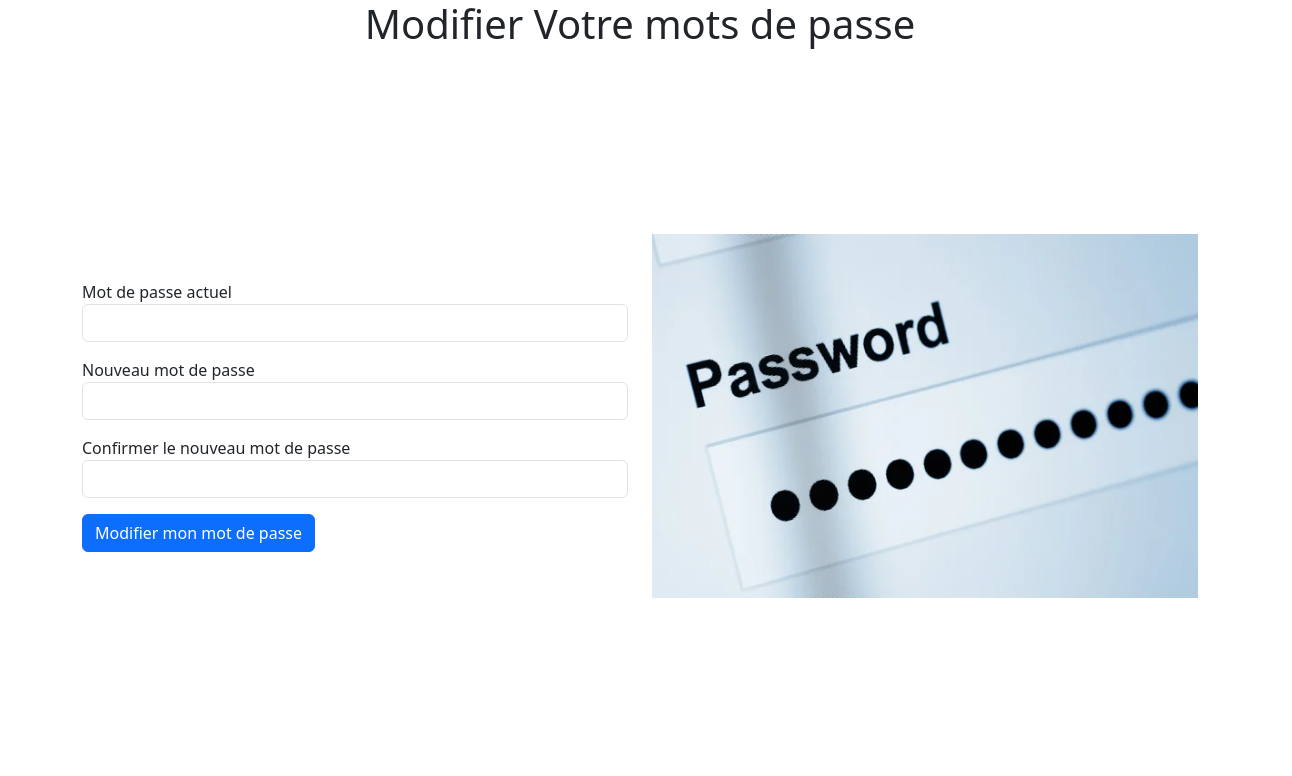
Repository: khadyba/GestionEtablissementScolaire
Page: resources/views/Professeurs/updatePassword.blade.php
These files come from the project's save history. The page is drawn as it stood at one moment and after the next save; the edit follows.
The browser window is 1280 px wide. The page is 1280 px wide, then 1292 px, then 1280 px, so the pictures cover 1292 px, including what lies to the right of the window. The pictures show the whole page.
The page is served by the project's Laravel application, run on PHP 8.4 with Laravel 9. The template is opened directly, without the code that normally fills it, so the values that code supplies are empty.

Above is the page before, as saved 2024-11-13 11:04:57.

After the next save:
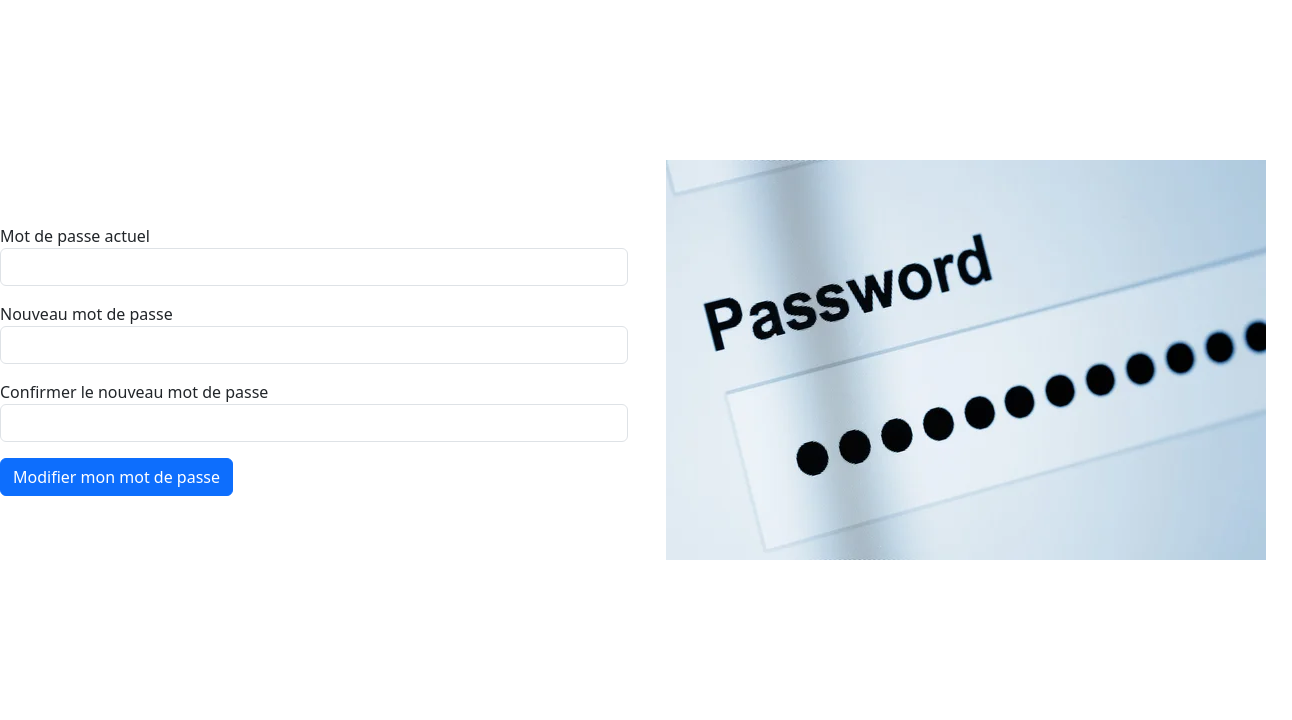
Saved 5 s later.
--- a/sunuEcole/resources/views/Professeurs/updatePassword.blade.php
+++ b/sunuEcole/resources/views/Professeurs/updatePassword.blade.php
@@ -8,12 +8,6 @@
 <link href="https://cdn.jsdelivr.net/npm/bootstrap@5.3.3/dist/css/bootstrap.min.css" rel="stylesheet" integrity="sha384-QWTKZyjpPEjISv5WaRU9OFeRpok6YctnYmDr5pNlyT2bRjXh0JMhjY6hW+ALEwIH" crossorigin="anonymous">
 </head>
 <body>
-
-
-<div class= "container ">
-
-        <h1 class="text-center ">Modifier Votre mots de passe </h1>
-
         <div class="row   d-flex align-items-center justify-content-center vh-100">
 
             <div class="col-md-6">

After the save that followed:
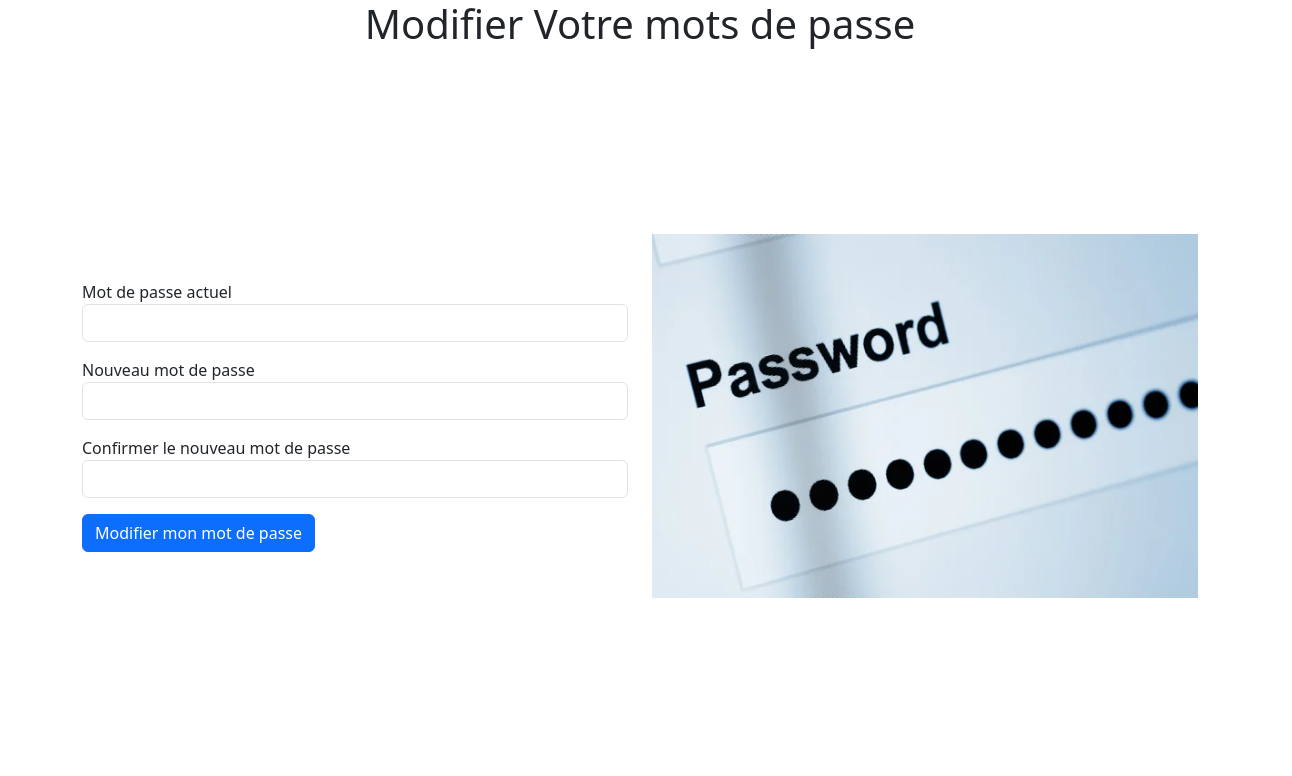
Saved 9 s later.
--- a/sunuEcole/resources/views/Professeurs/updatePassword.blade.php
+++ b/sunuEcole/resources/views/Professeurs/updatePassword.blade.php
@@ -8,6 +8,12 @@
 <link href="https://cdn.jsdelivr.net/npm/bootstrap@5.3.3/dist/css/bootstrap.min.css" rel="stylesheet" integrity="sha384-QWTKZyjpPEjISv5WaRU9OFeRpok6YctnYmDr5pNlyT2bRjXh0JMhjY6hW+ALEwIH" crossorigin="anonymous">
 </head>
 <body>
+
+
+<div class= "container ">
+
+        <h1 class="text-center ">Modifier Votre mots de passe </h1>
+
         <div class="row   d-flex align-items-center justify-content-center vh-100">
 
             <div class="col-md-6">
